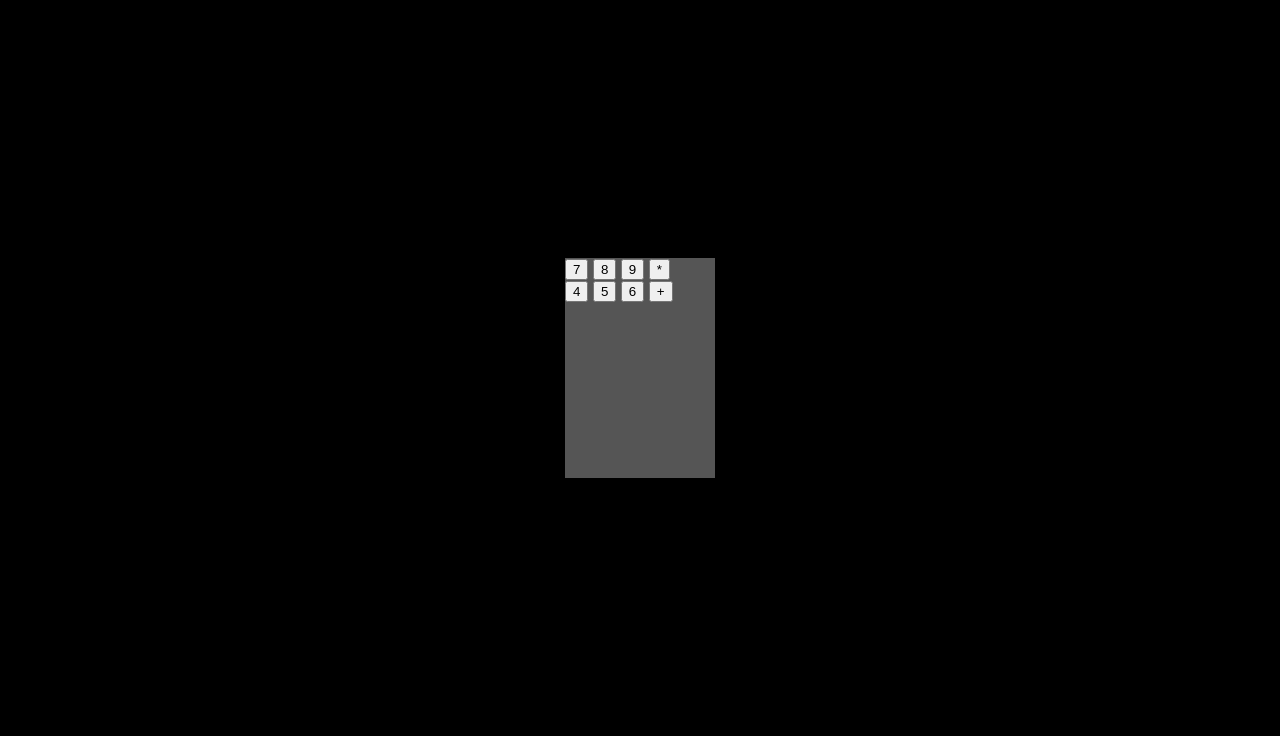
Repository: andersonxoliveira/Aplicacao_Calculadora
Page: /
The author's editor kept a copy of each file at every save. The page is drawn from the files as they stood at one save, then again after the next save.
The browser window is 1280 px wide. The pictures show the whole page.
The project was rebuilt for these pictures with package versions that can differ from the ones it lists, and the page was loaded fresh each time. Also part of the build but not shown: svelte.config.js, vite.config.ts.

Above is the page before, as saved 2022-06-26 17:51:45.

### src/App.svelte
<script lang="ts">
import Calculadora from "./components/Calculadora.svelte";


</script>

<main>
        <Calculadora />
</main>

<style>
:global(body) {
  background-color: black;
}

  :root {
    --cor-fundo: #555 ;
    font-family: -apple-system, BlinkMacSystemFont, 'Segoe UI', Roboto, Oxygen,
      Ubuntu, Cantarell, 'Open Sans', 'Helvetica Neue', sans-serif;
  }

  main {
   display: flex;
   justify-content: center;
   align-items: center;
   height:  100vh;
  }

  img {
    height: 16rem;
    width: 16rem;
  }

</style>

### src/components/Calculadora.svelte
<script lang="ts">
import Botao from "./Botao.svelte";
import Linha from "./Linha.svelte";

</script>
<div class="calculadora">
      <Linha >
             <Botao texto="7"/>
             <Botao texto="8"/>
              <Botao texto="9"/>
              <Botao texto="*"/>
      </Linha>
      <Linha >
        <Botao texto="4"/>
        <Botao texto="5"/>
         <Botao texto="6"/>
         <Botao texto="+"/>
 </Linha>
</div>

<style>
      .calculadora {
        background-color: var(--cor-fundo);
        height:  220px;
        width:  150px;

        display: flex;
        flex-direction:  column;
      }
</style>

### src/components/Botao.svelte
<script lang="ts">
      export let texto: string
</script>

<button class="botao">
{texto}
</button>

<style>
        .botao {
              flex-basis:  25%;
        }

          .triplo {
            flex-basis:  75%;
          }
</style>

### src/components/Linha.svelte
<div class="linha">
        <slot />
</div>

<style>
      .linha {
        display: felx;
      }
</style>

Loaded but not shown: index.html (common file); src/main.ts (common file)

After the next save:
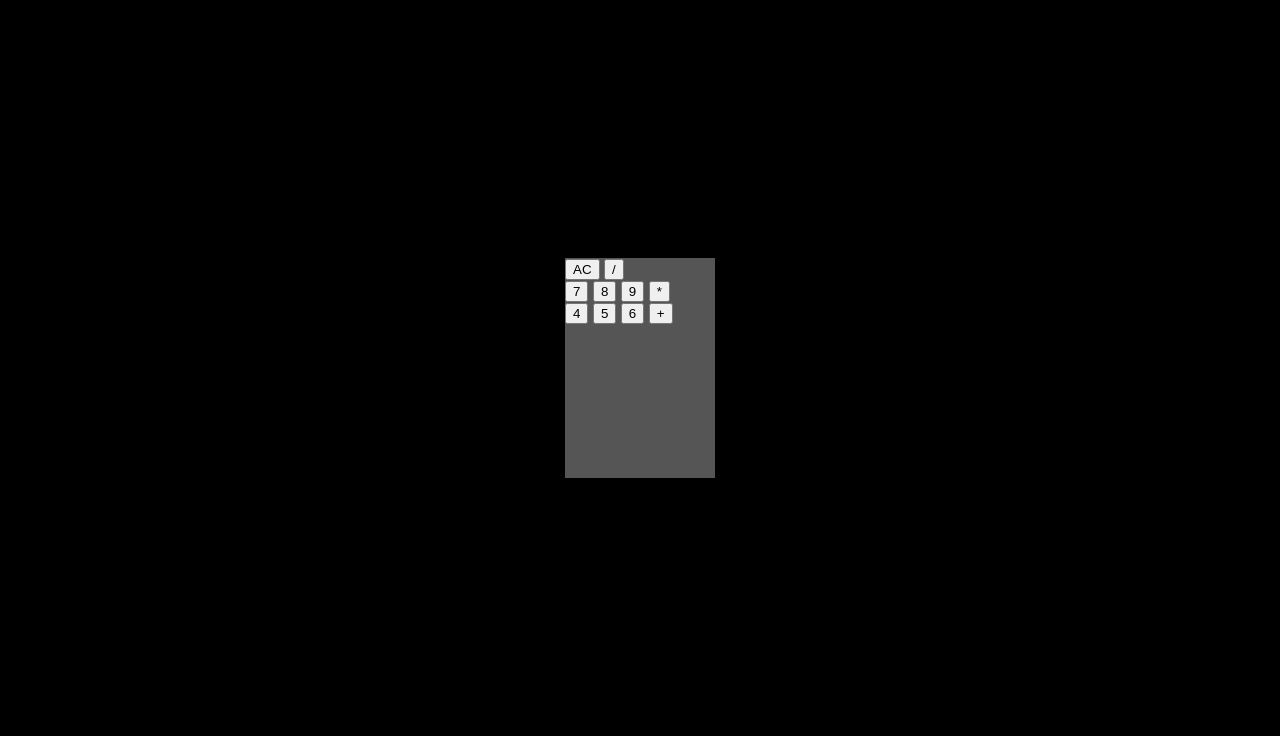
Saved 5 s later.
--- a/src/components/Calculadora.svelte
+++ b/src/components/Calculadora.svelte
@@ -4,7 +4,11 @@ import Linha from "./Linha.svelte";
 
 </script>
 <div class="calculadora">
-      <Linha >
+  <Linha >
+    <Botao texto="AC"/>
+    <Botao texto="/"/>
+</Linha>
+  <Linha >
              <Botao texto="7"/>
              <Botao texto="8"/>
               <Botao texto="9"/>
